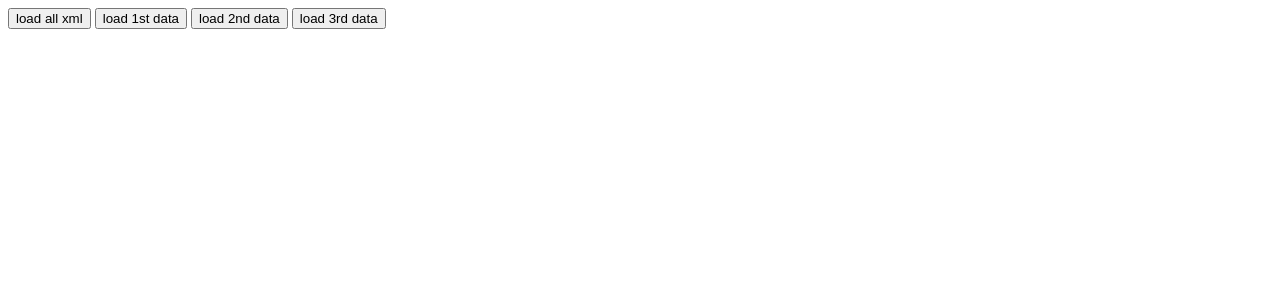
Repository: bluegony/spring_study
Page: jquerytest/src/main/webapp/loadxml.html
An editor plug-in stored every save of this project. The page is shown before and after the next save, followed by the edit.
The browser window is 1280 px wide. The pictures show the whole page.
Some web libraries are served in a nearby version.

Above is the page before, as saved 2013-09-05 02:49:12.

After the next save:
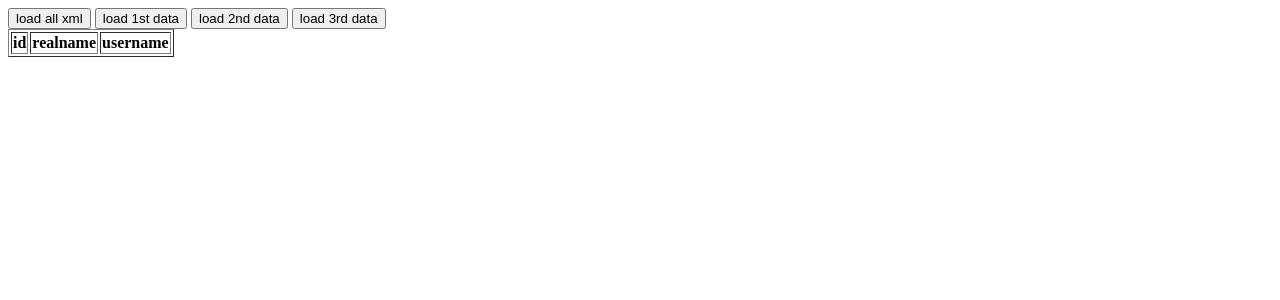
Saved 27 min 16 s later.
--- a/jquerytest/src/main/webapp/loadxml.html
+++ b/jquerytest/src/main/webapp/loadxml.html
@@ -18,6 +18,15 @@
 
 	</form>
 	<div id="disp"></div>
+
+<table border="1">
+  <tr>
+    <th>id</th>
+    <th>realname</th>
+    <th>username</th>
+  </tr
+</table>
+
 </body>
 
 <style type="text/css">
@@ -39,8 +48,6 @@
 				dataType:'xml',
 				success:function (xml){
 					parseXml(xml);
-
-
 				}
 			})
 
@@ -54,7 +61,7 @@
 			username=$("username",this).text();
 			//$('#disp').append("<p>" + id + ":"+realname+":"+username+"</p>");
 			p = "<p>" + id + ":"+realname+":"+username+"</p>";
-			$(p).appendTo('#disp');
+			$(p).appendTo('table');
 		});
 
 	}
